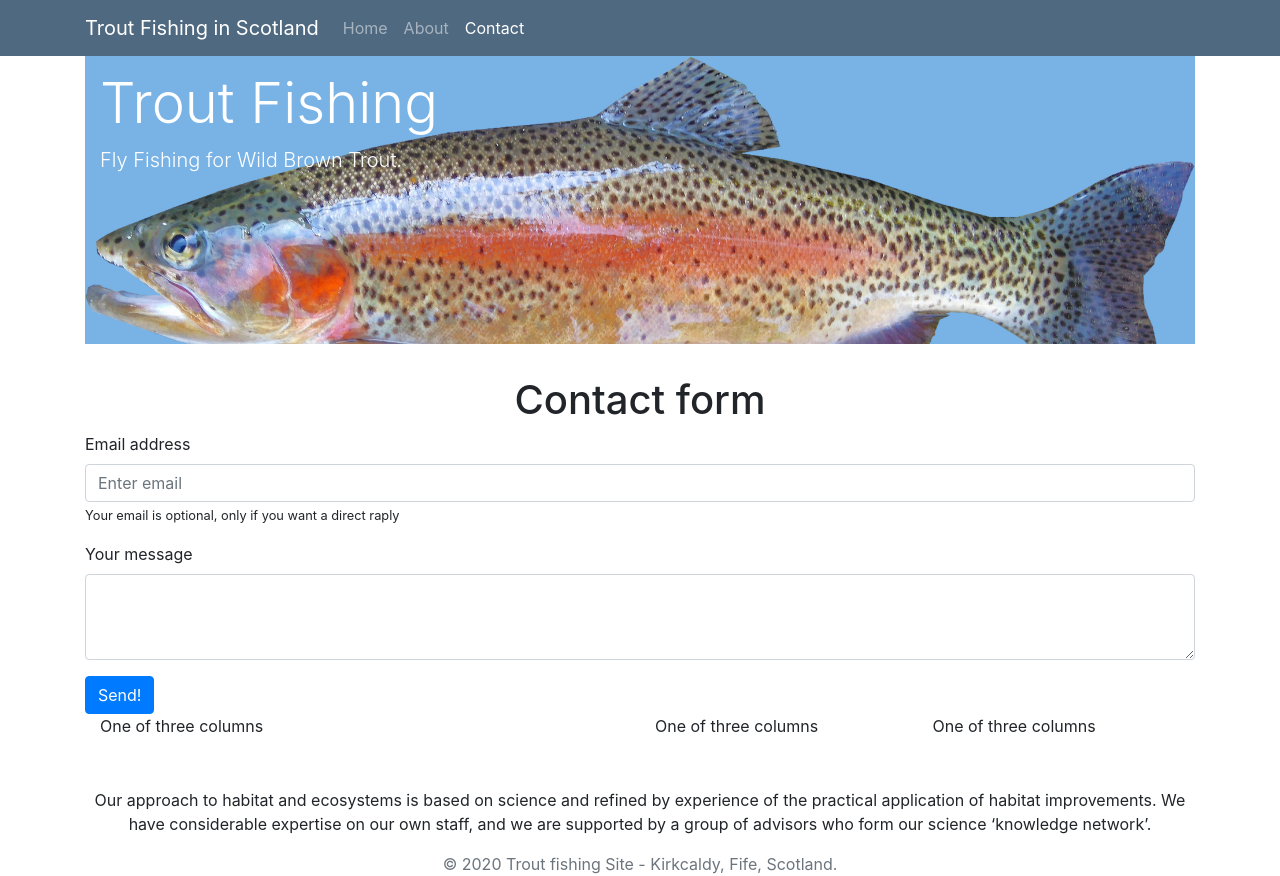
Repository: adrian9211/College_project
Page: contact.html
An editor plug-in stored every save of this project. The page is shown before and after the next save, followed by the edit.
The browser window is 1280 px wide. The pictures show the whole page.

Above is the page before, as saved 2020-11-04 09:15:20.

After the next save:
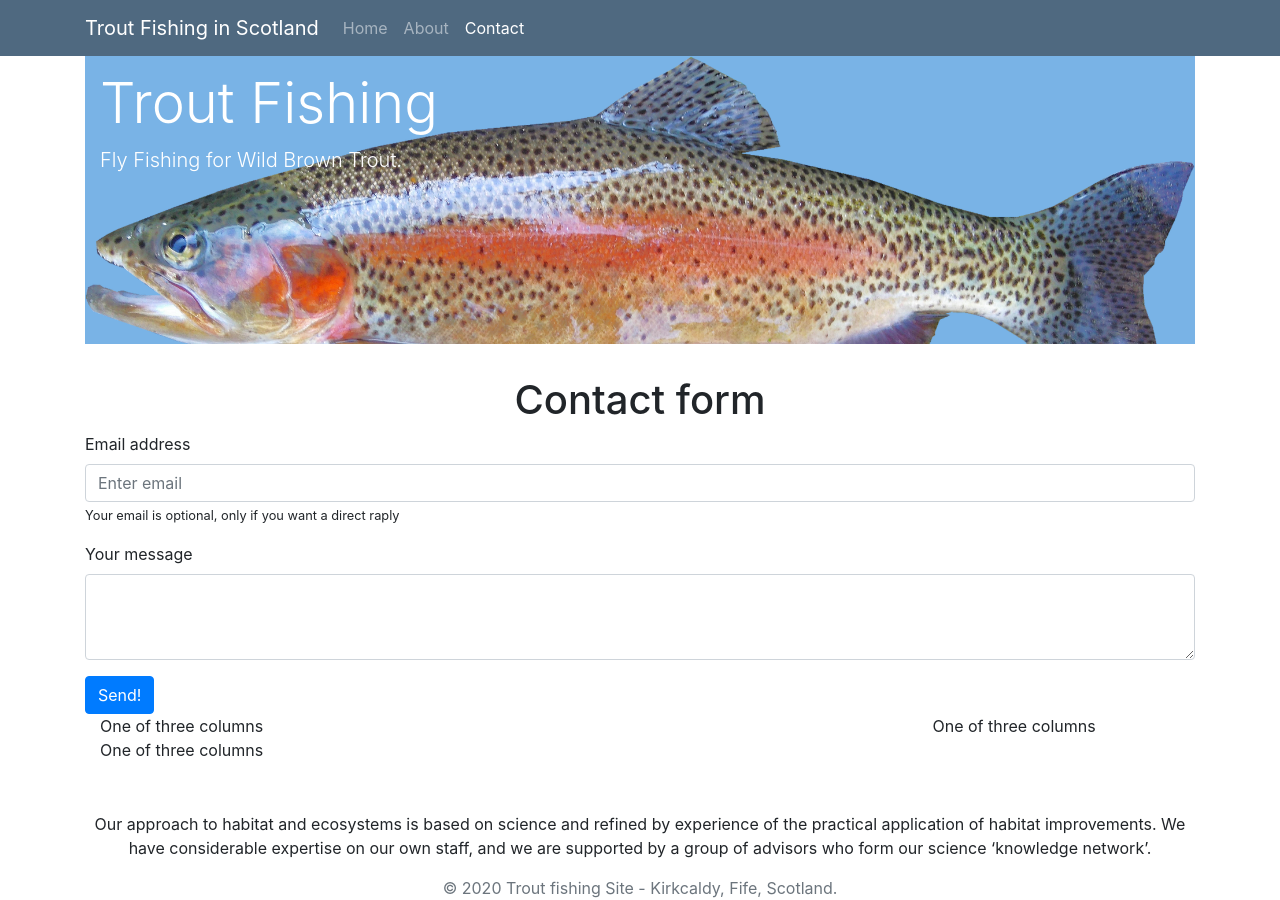
Saved 17 s later.
--- a/contact.html
+++ b/contact.html
@@ -64,7 +64,7 @@
       </form>
       <div class="container">
         <div class="row">
-          <div class="col-sm-6">
+          <div class="col-sm-9">
             One of three columns
           </div>
           <div class="col-sm-3">

After the save that followed:
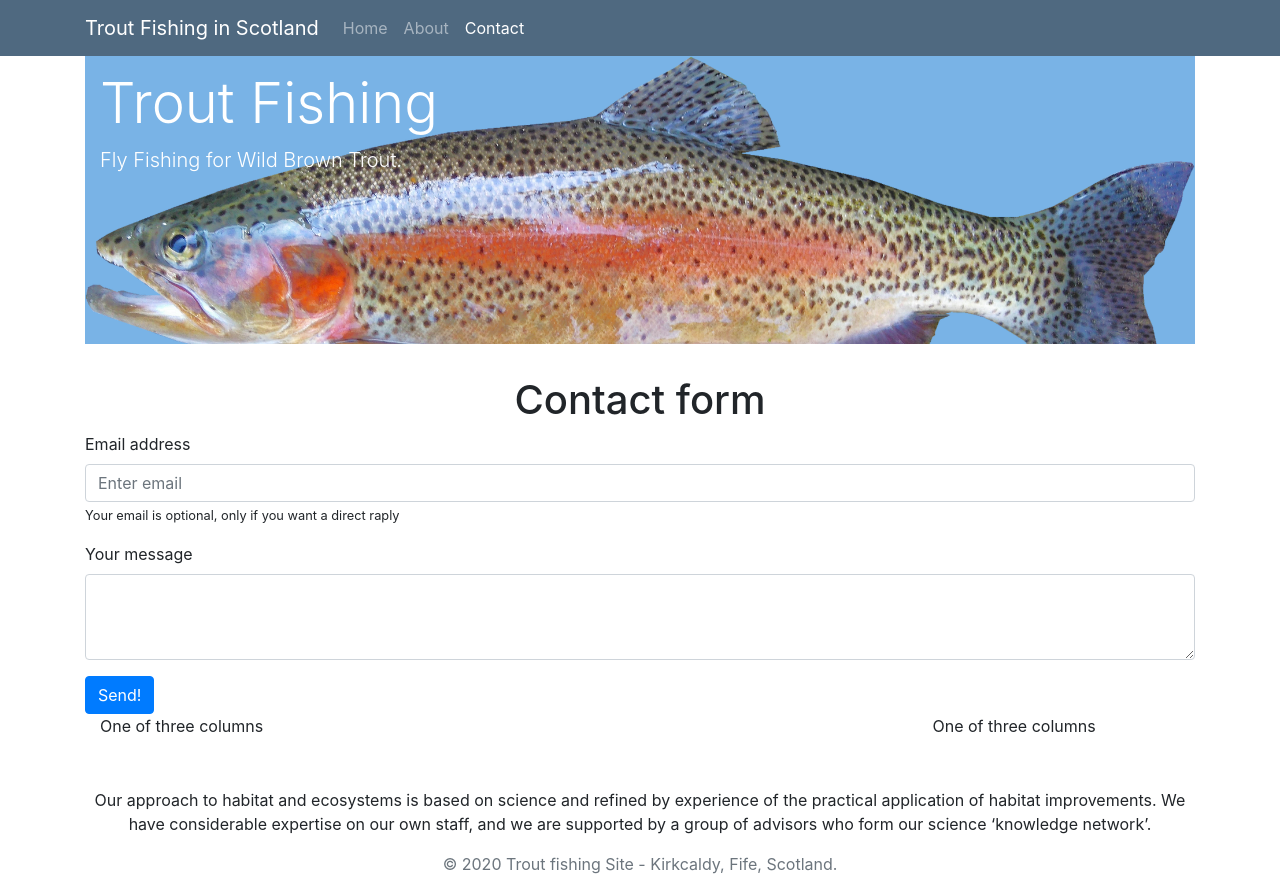
Saved 10 s later.
--- a/contact.html
+++ b/contact.html
@@ -70,9 +70,6 @@
           <div class="col-sm-3">
             One of three columns
           </div>
-          <div class="col-sm-3">
-            One of three columns
-          </div>
         </div>
       </div>
 
